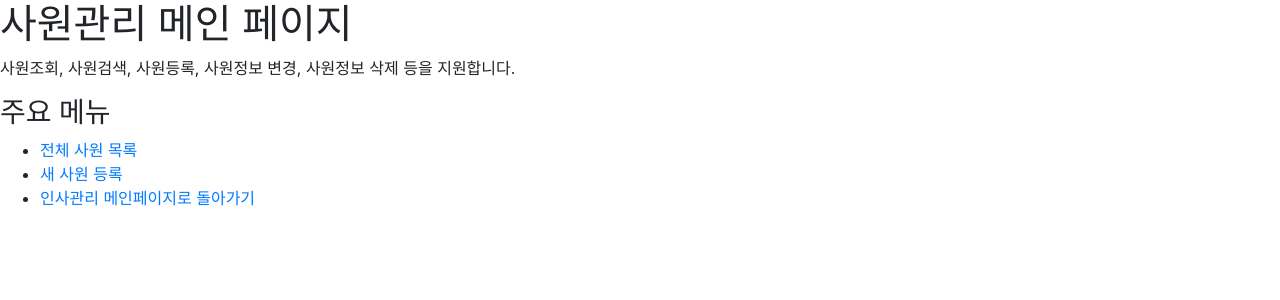
Repository: onuo77/ja_HTA
Page: http://localhost/sample/hr/emp/main.jsp
These files come from the project's save history. The page is drawn as it stood at one moment and after the next save; the edit follows.
The browser window is 1280 px wide. The pictures show the whole page.
The page is served by Tomcat 9. Other server files are loaded and not shown.

Above is the page before, as saved 2021-05-24 06:08:06.

### java-web/sample/src/main/webapp/hr/emp/main.jsp
<%@ page language="java" contentType="text/html; charset=UTF-8"
    pageEncoding="UTF-8"%>
<!DOCTYPE html>
<html>
<head>
<meta charset="UTF-8">
<meta name="viewport" content="width=device-width, initial-scale=1">
<link rel="stylesheet" href="https://maxcdn.bootstrapcdn.com/bootstrap/4.5.2/css/bootstrap.min.css">
<title>인사관리 :: 사원관리</title>
</head>
<body>
	<div class="container">
		<div class="row">
			<div class="col-12"></div>
		</div>
	</div>
	<h1>사원관리 메인 페이지</h1>
	<p>사원조회, 사원검색, 사원등록, 사원정보 변경, 사원정보 삭제 등을 지원합니다.</p>

	<h3>주요 메뉴</h3>
	<ul>
		<li><a href="list.jsp">전체 사원 목록</a></li>
		<li><a href="form.jsp">새 사원 등록</a></li>
		<li><a href="../main.jsp">인사관리 메인페이지로 돌아가기</a></li>
	</ul>
</body>
</html>

After the next save:
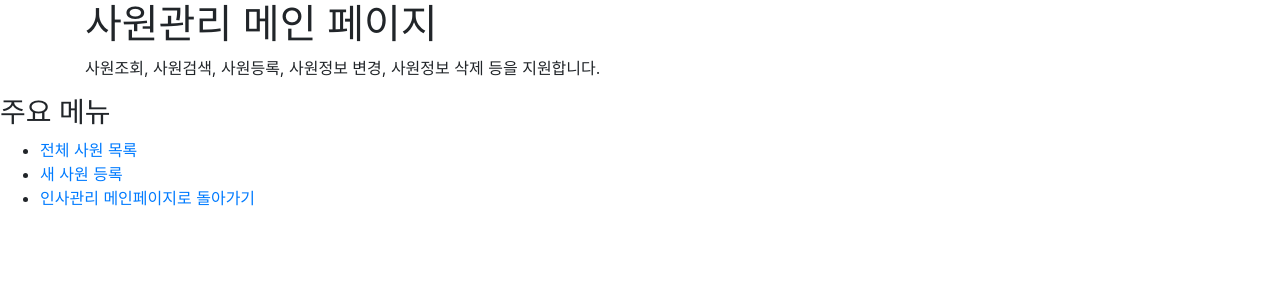
Saved 82 s later.
--- a/java-web/sample/src/main/webapp/hr/emp/main.jsp
+++ b/java-web/sample/src/main/webapp/hr/emp/main.jsp
@@ -11,11 +11,13 @@
 <body>
 	<div class="container">
 		<div class="row">
-			<div class="col-12"></div>
+			<div class="col-12">
+				<h1>사원관리 메인 페이지</h1>
+				<p>사원조회, 사원검색, 사원등록, 사원정보 변경, 사원정보 삭제 등을 지원합니다.</p>
+
+			</div>
 		</div>
 	</div>
-	<h1>사원관리 메인 페이지</h1>
-	<p>사원조회, 사원검색, 사원등록, 사원정보 변경, 사원정보 삭제 등을 지원합니다.</p>
 
 	<h3>주요 메뉴</h3>
 	<ul>

After the save that followed:
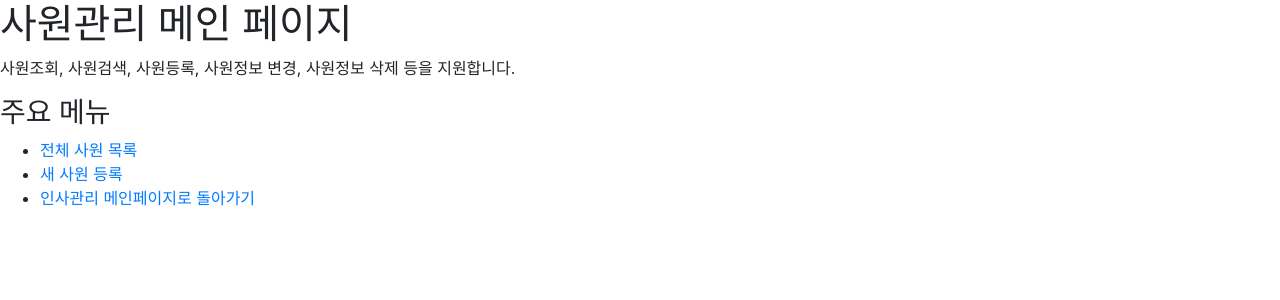
Saved 16 s later.
--- a/java-web/sample/src/main/webapp/hr/emp/main.jsp
+++ b/java-web/sample/src/main/webapp/hr/emp/main.jsp
@@ -11,13 +11,11 @@
 <body>
 	<div class="container">
 		<div class="row">
-			<div class="col-12">
-				<h1>사원관리 메인 페이지</h1>
-				<p>사원조회, 사원검색, 사원등록, 사원정보 변경, 사원정보 삭제 등을 지원합니다.</p>
-
-			</div>
+			<div class="col-12"></div>
 		</div>
 	</div>
+	<h1>사원관리 메인 페이지</h1>
+	<p>사원조회, 사원검색, 사원등록, 사원정보 변경, 사원정보 삭제 등을 지원합니다.</p>
 
 	<h3>주요 메뉴</h3>
 	<ul>
